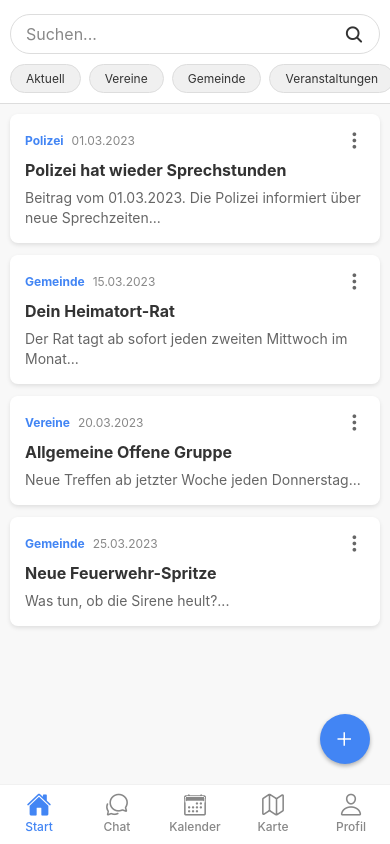
Repository: mylocalapp-de/MyLocalApp
Screen: /
These files come from the project's save history. The screen is drawn as it stood at one moment and after the next save; the edit follows.
The app was drawn by React Native's web renderer in a window 390 px wide. The project was rebuilt for these pictures with package versions that can differ from the ones it lists, and the page was loaded fresh each time. Also part of the build but not shown: src/screens/ChatScreen.js, src/screens/CalendarScreen.js, src/screens/MapScreen.js, src/screens/ProfileScreen.js.

Above is the screen before, as saved 2025-03-25 16:27:54.

After the next save:
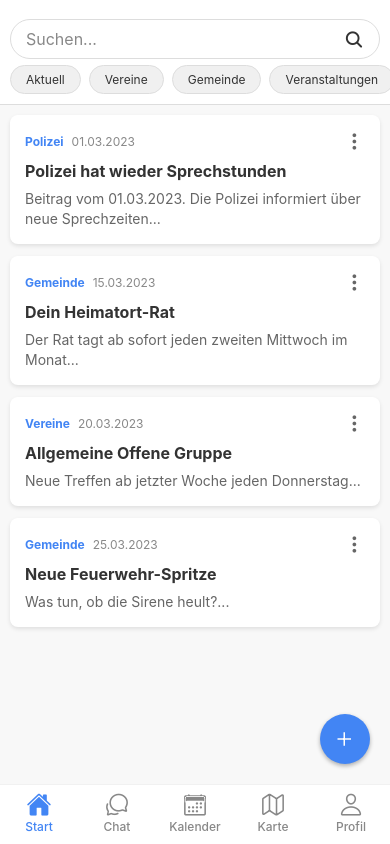
Saved 16 s later.
--- a/src/components/common/SearchBar.js
+++ b/src/components/common/SearchBar.js
@@ -1,5 +1,5 @@
 import React from 'react';
-import { View, TextInput, StyleSheet, TouchableOpacity } from 'react-native';
+import { View, TextInput, StyleSheet, TouchableOpacity, Platform } from 'react-native';
 import { Ionicons } from '@expo/vector-icons';
 
 const SearchBar = ({ placeholder = 'Suchen...' }) => {
@@ -23,6 +23,8 @@ const styles = StyleSheet.create({
   container: {
     width: '100%',
     padding: 10,
+    paddingTop: Platform.OS === 'ios' ? 10 : 15,
+    paddingBottom: 6,
   },
   searchContainer: {
     flexDirection: 'row',
